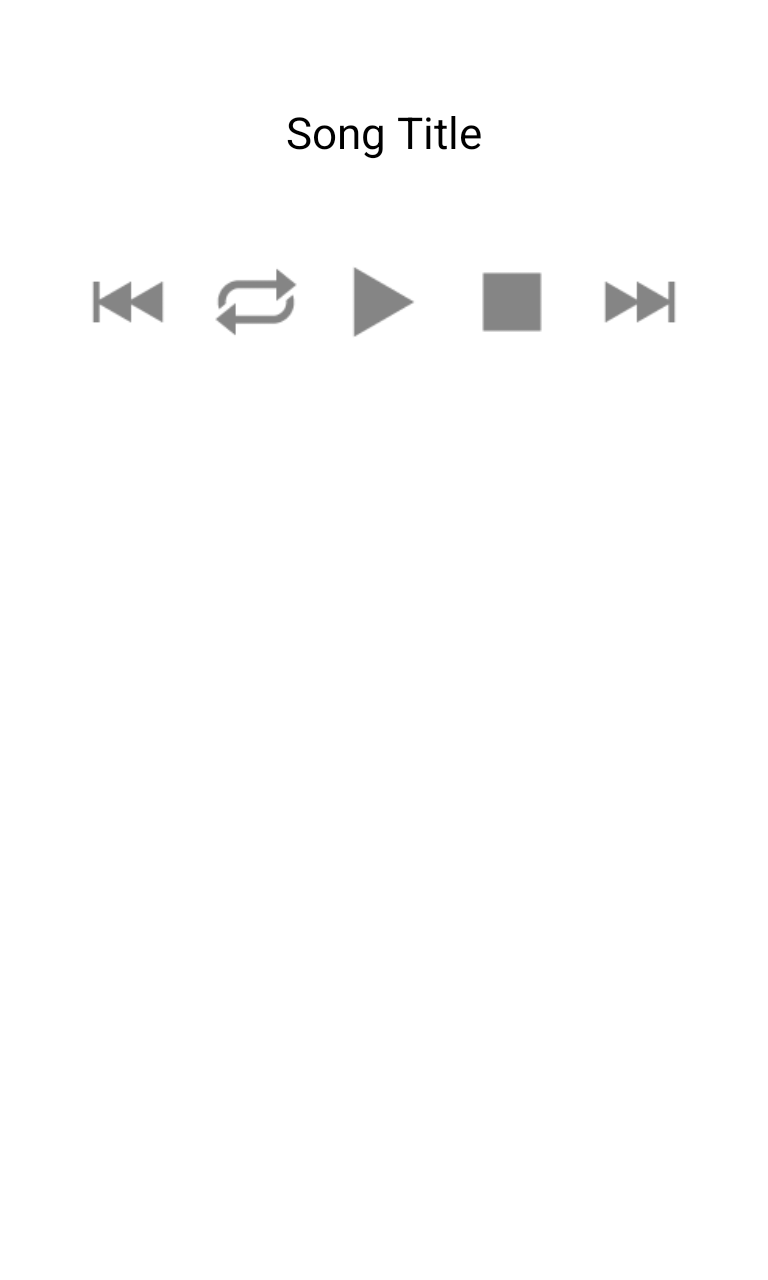
Repository: laurenelder/MDF3
Layout: MiniMediaPlayer/res/layout/activity_main.xml
The author's editor kept a copy of each file at every save. The layout is drawn from the files as they stood at one save, then again after the next save.
It is drawn on a 768 x 1280 px phone screen (xhdpi) without system bars, with theme AppTheme; the app's code is not run.

Above is the layout before, as saved 2014-09-10 18:06:40.

After the next save:
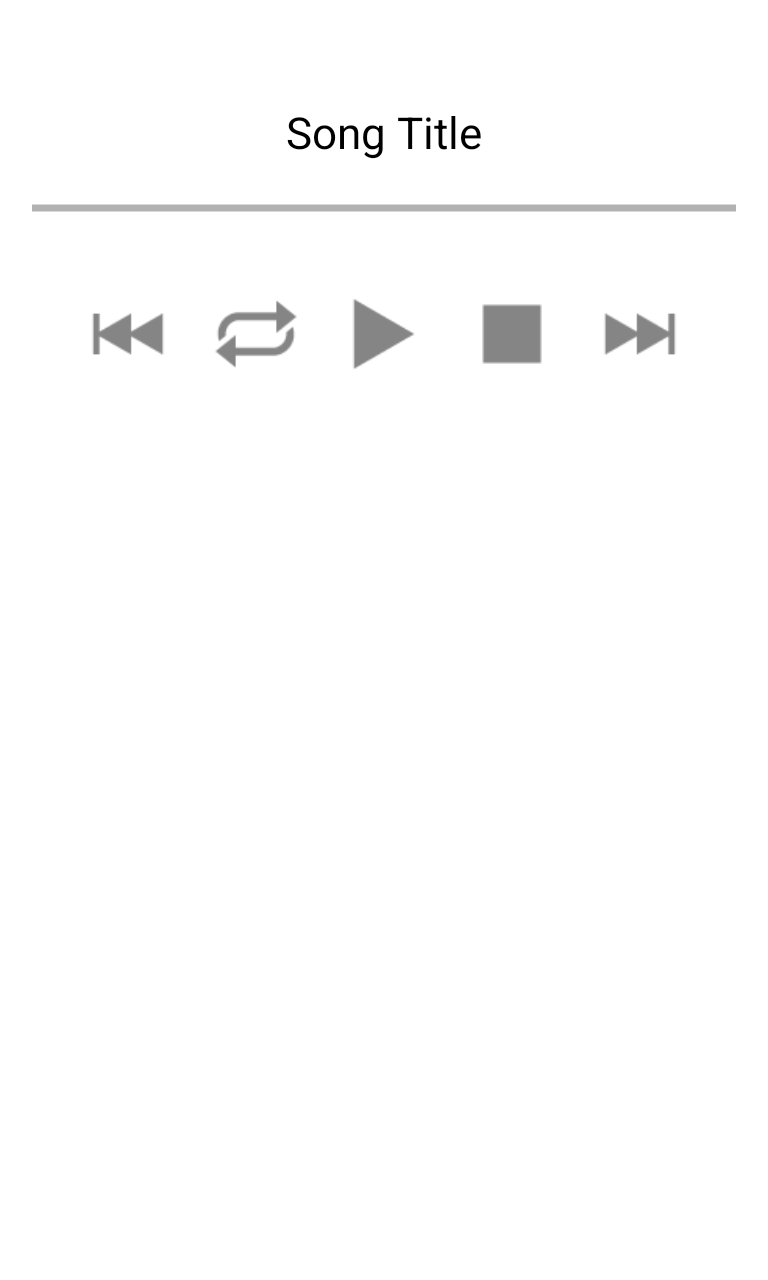
Saved 9 min 53 s later.
--- a/MiniMediaPlayer/res/layout/activity_main.xml
+++ b/MiniMediaPlayer/res/layout/activity_main.xml
@@ -24,6 +24,13 @@
         android:text="@string/title"
         android:gravity="center"
         android:textAppearance="?android:attr/textAppearanceLarge" />
+
+    <ProgressBar
+        android:id="@+id/progressBar"
+        style="?android:attr/progressBarStyleHorizontal"
+        android:layout_width="match_parent"
+        android:layout_height="wrap_content"
+        android:layout_gravity="center" />
 
     <LinearLayout
         android:layout_width="match_parent"
